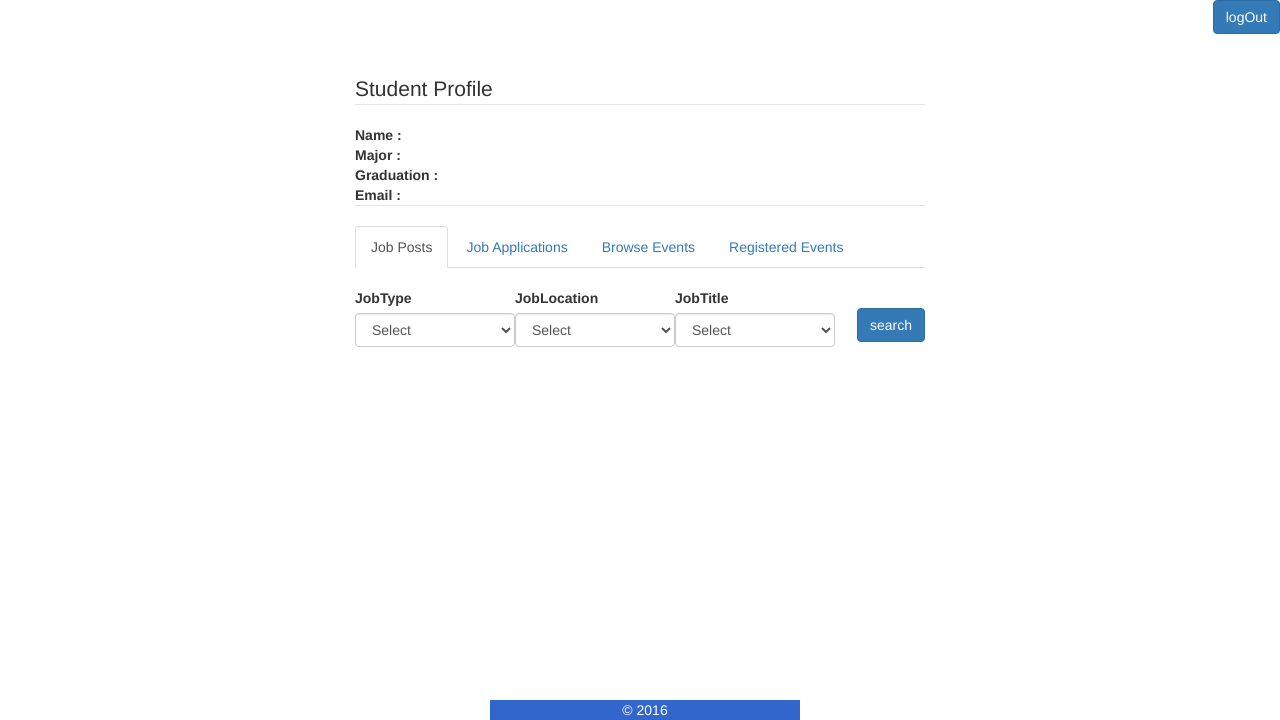
Repository: merlynfrank/AcademicProjects
Page: http://localhost/studenthome
The author's editor kept a copy of each file at every save. The page is drawn from the files as they stood at one save, then again after the next save.
The browser window is 1280 px wide. The pictures show the whole page.
The page is this project's Thymeleaf template; nobody is signed in. The template is opened directly, without the code that normally fills it, so the values that code supplies are empty.

Above is the page before, as saved 2018-12-01 19:10:12.

After the next save:
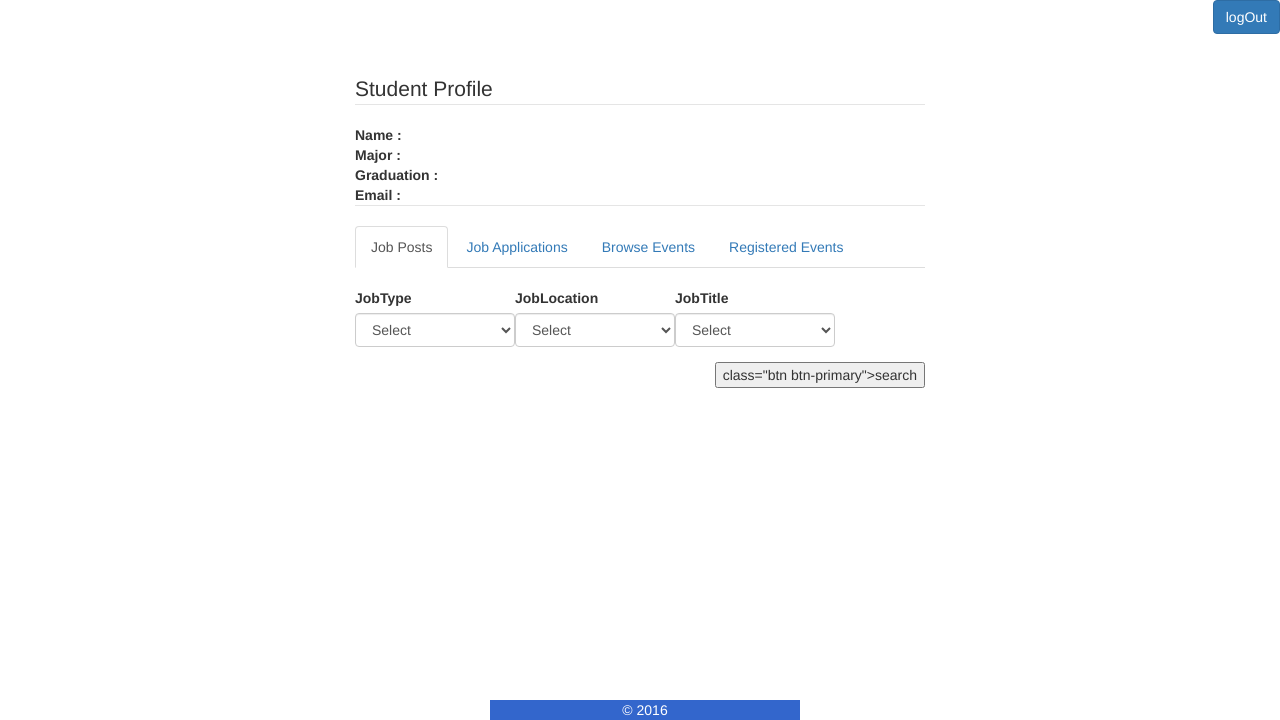
Saved 39 min 16 s later.
--- a/smith-is-internship/src/main/resources/templates/studenthome.html
+++ b/smith-is-internship/src/main/resources/templates/studenthome.html
@@ -132,7 +132,7 @@ function retrieveJobs() {
 					<div align="right">
 						<br />
 						<button id="searchButton" name="searchButton"
-							onclick="retrieveJobs()" class="btn btn-primary">search</button>
+							<!-- onclick="retrieveJobs()" --> class="btn btn-primary">search</button>
 					</div>
 				</form>
 				<div id="resultsBlock"
